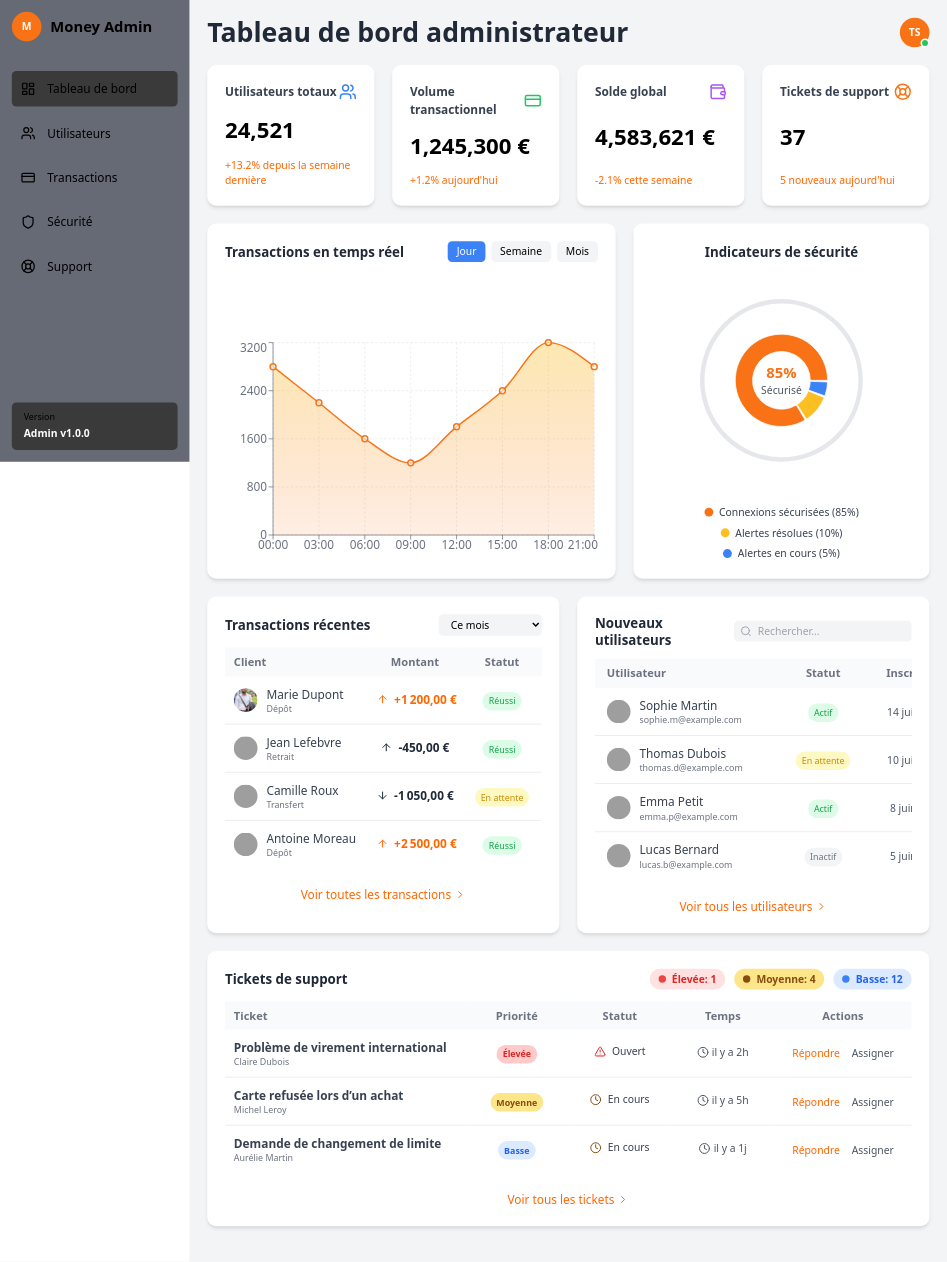
Repository: Edongo999/Dashboard
Page: /
These files come from the project's save history. The page is drawn as it stood at one moment and after the next save; the edit follows.
The browser window is 1280 px wide. The pictures show the whole page, at 74% of full size.
Pictures or frames that could not be fetched are drawn as grey boxes. The project was rebuilt for these pictures with package versions that can differ from the ones it lists, and the page was loaded fresh each time. Also part of the build but not shown: vite.config.ts.

Above is the page before, as saved 2025-10-15 06:21:18.

### index.html
<!doctype html>
<html lang="en">
  <head>
    <meta charset="UTF-8" />
    <link rel="icon" type="image/svg+xml" href="/vite.svg" />
    <meta name="viewport" content="width=device-width, initial-scale=1.0" />
    <title>mon_dashboard</title>
  </head>
  <body>
    <div id="root"></div>
    <script type="module" src="/src/main.tsx"></script>
  </body>
</html>

### src/App.tsx

import Sidebar from "./components/Sidebar"
import StatBlock from "./components/StatBlock"
import UserAvatar from "./components/UserAvatar"
import RealtimeChart from "./components/RealtimeChart"
import SecurityIndicators from "./components/SecurityIndicators"
import RecentActivity from "./components/RecentActivity"
import NewUsersTable from "./components/NewUsersTable"
import SupportTickets from "./components/SupportTickets"
import { Users, CreditCard, Wallet, LifeBuoy } from "lucide-react"

const App = () => {
  const kpis = [
    {
      title: "Utilisateurs totaux",
      value: "24,521",
      subtext: "+13.2% depuis la semaine dernière",
      icon: <Users />,
      iconColor: "text-blue-500"
    },
    {
      title: "Volume transactionnel",
      value: "1,245,300 €",
      subtext: "+1.2% aujourd'hui",
      icon: <CreditCard />,
      iconColor: "text-green-500"
    },
    {
      title: "Solde global",
      value: "4,583,621 €",
      subtext: "-2.1% cette semaine",
      icon: <Wallet />,
      iconColor: "text-purple-500"
    },
    {
      title: "Tickets de support",
      value: "37",
      subtext: "5 nouveaux aujourd'hui",
      icon: <LifeBuoy />,
      iconColor: "text-orange-500"
    }
  ]

  return (
    <div className="flex min-h-screen">
      <Sidebar />
      <main className="flex-1 overflow-auto p-6 bg-[#F3F4F6]">

        {/* ✅ Titre + avatar */}
        <div className="flex items-center justify-between mb-6">
          <h1 className="text-4xl font-bold text-gray-800">
            Tableau de bord administrateur
          </h1>
          <UserAvatar />
        </div>

        {/* ✅ Cartes KPI */}
        <div className="grid grid-cols-1 sm:grid-cols-2 lg:grid-cols-4 gap-6 mb-6">
          {kpis.map((kpi, i) => (
            <StatBlock key={i} {...kpi} />
          ))}
        </div>

        {/* ✅ Section monitoring élargie sur desktop */}
        <div className="grid grid-cols-1 lg:grid-cols-[1.6fr_400px] gap-6 mb-6 w-full">
          <RealtimeChart />
          <SecurityIndicators />
        </div>

        {/* ✅ Section activité + utilisateurs côte à côte */}
        <div className="grid grid-cols-1 lg:grid-cols-2 gap-6 mb-6">
          <RecentActivity />
          <NewUsersTable />
        </div>

        {/* ✅ Dernière section : tickets de support */}
        <div className="grid grid-cols-1 gap-6 mb-6">
          <SupportTickets />
        </div>

      </main>
    </div>
  )
}

export default App

### src/components/Sidebar.tsx
import {
  LayoutDashboard,
  Users,
  CreditCard,
  Shield,
  LifeBuoy,
  Menu
} from "lucide-react"
import { useState } from "react"

const Sidebar = () => {
  const [open, setOpen] = useState(false)
  const [active, setActive] = useState("Tableau de bord")

  const menuItems = [
    { label: "Tableau de bord", icon: <LayoutDashboard size={20} /> },
    { label: "Utilisateurs", icon: <Users size={20} /> },
    { label: "Transactions", icon: <CreditCard size={20} /> },
    { label: "Sécurité", icon: <Shield size={20} /> },
    { label: "Support", icon: <LifeBuoy size={20} /> }
  ]

  return (
    <>
      {/* ✅ Bouton hamburger mobile */}
      <button
        className="lg:hidden fixed top-4 left-4 z-50 bg-white p-2 rounded-md shadow-md"
        onClick={() => setOpen(!open)}
      >
        <Menu className="text-gray-800" />
      </button>

      {/* ✅ Sidebar avec hauteur fluide */}
      <aside
        className={`fixed top-0 left-0 w-64 h-full bg-[#656A74] text-neutral-content flex flex-col justify-between p-4 z-40 transition-transform duration-300 ${
          open ? "translate-x-0" : "-translate-x-full"
        } lg:translate-x-0 lg:static lg:block`}
      >
        {/* ✅ Logo + titre */}
        <div>
          <div className="flex items-center gap-3 mb-10">
            <div className="bg-orange-500 text-white rounded-full w-10 h-10 flex items-center justify-center font-bold text-sm shrink-0">
              M
            </div>
            <span className="text-xl font-semibold whitespace-nowrap">Money Admin</span>
          </div>

          {/* ✅ Menu principal */}
          <ul className="space-y-3">
            {menuItems.map((item) => (
              <li key={item.label}>
                <a
                  onClick={() => setActive(item.label)}
                  className={`flex items-center gap-4 py-3 px-3 text-[16px] rounded-md transition-all duration-300 ${
                    active === item.label
                      ? "bg-[#3A3A3A]"
                      : "hover:bg-neutral-600 hover:scale-[1.02]"
                  }`}
                >
                  {item.icon}
                  {item.label}
                </a>
              </li>
            ))}
          </ul>
        </div>

        {/* ✅ Bloc version en bas */}
        <div className="mt-40">
          <div className="bg-[#3A3A3A] rounded-md px-4 py-3 text-xs text-neutral-content/70">
            <p className="mb-1">Version</p>
            <span className="font-semibold text-sm text-white">Admin v1.0.0</span>
          </div>
        </div>
      </aside>
    </>
  )
}

export default Sidebar

### src/components/StatBlock.tsx
import { motion } from "framer-motion"

type StatBlockProps = {
  title: string
  value: string
  subtext: string
  icon: React.ReactNode
  iconColor: string
}

const StatBlock = ({ title, value, subtext, icon, iconColor }: StatBlockProps) => {
  return (
    <motion.div
      initial={{ opacity: 0, y: 30 }}
      animate={{ opacity: 1, y: 0 }}
      whileHover={{ scale: 1.03, y: -5 }}
      transition={{ duration: 0.3, ease: "easeOut" }}
      // 🔧 MODIFICATION ICI : largeur dynamique
      // Remplace `max-w-[240px]` par `flex-1` pour que chaque carte s’étire dans le layout
      className="bg-white shadow-md p-6 rounded-[12px] flex flex-col justify-between flex-1 h-[190px]"
    >
      <div className="flex justify-between items-center">
        <h3 className="text-base font-semibold text-gray-700">{title}</h3>
        <div className={`text-2xl ${iconColor}`}>{icon}</div>
      </div>
      <p className="text-3xl font-bold mt-2 text-black">{value}</p>
      <p className="text-sm mt-2 text-[#FF6600] font-medium">{subtext}</p>
    </motion.div>
  )
}

export default StatBlock

### src/components/UserAvatar.tsx
const UserAvatar = () => {
  return (
    <div className="relative">
      <div className="w-10 h-10 rounded-full bg-orange-500 text-white flex items-center justify-center font-bold text-sm">
        TS
      </div>
      <span className="absolute bottom-0 right-0 w-3 h-3 rounded-full border-2 border-white bg-green-500" />
    </div>
  )
}

export default UserAvatar

### src/components/RealtimeChart.tsx


import {
  AreaChart,
  Area,
  XAxis,
  YAxis,
  Tooltip,
  CartesianGrid,
  ResponsiveContainer
} from "recharts"
import { useState } from "react"

const datasets = {
  jour: [
    { time: "00:00", value: 2800 },
    { time: "03:00", value: 2200 },
    { time: "06:00", value: 1600 },
    { time: "09:00", value: 1200 },
    { time: "12:00", value: 1800 },
    { time: "15:00", value: 2400 },
    { time: "18:00", value: 3200 },
    { time: "21:00", value: 2800 }
  ],
  semaine: [
    { time: "Lun", value: 5400 },
    { time: "Mar", value: 6200 },
    { time: "Mer", value: 5800 },
    { time: "Jeu", value: 6900 },
    { time: "Ven", value: 7200 },
    { time: "Sam", value: 5100 },
    { time: "Dim", value: 4300 }
  ],
  mois: [
    { time: "S1", value: 18000 },
    { time: "S2", value: 22000 },
    { time: "S3", value: 19500 },
    { time: "S4", value: 25000 }
  ]
}

const RealtimeChart = () => {
  const [view, setView] = useState<"jour" | "semaine" | "mois">("jour")

  return (
    // ✅ Largeur fluide, hauteur augmentée
    <div className="bg-white rounded-[12px] shadow-md p-6 w-full flex flex-col justify-between min-h-[480px]">

      <div className="flex items-center justify-between flex-wrap gap-4 mb-4">
        <h2 className="text-lg font-semibold text-gray-800">Transactions en temps réel</h2>
        <div className="flex gap-2">
          {["jour", "semaine", "mois"].map((v) => (
            <button
              key={v}
              onClick={() => setView(v as "jour" | "semaine" | "mois")}
              className={`text-sm px-3 py-1 rounded-md ${
                view === v ? "bg-blue-500 text-white" : "bg-gray-100 hover:bg-gray-200"
              }`}
            >
              {v.charAt(0).toUpperCase() + v.slice(1)}
            </button>
          ))}
        </div>
      </div>

      <div className="w-full h-[300px]">
        <ResponsiveContainer width="100%" height="100%">
          <AreaChart data={datasets[view]}>
            <defs>
              <linearGradient id="colorValue" x1="0" y1="0" x2="0" y2="1">
                <stop offset="0%" stopColor="#FBBF24" stopOpacity={0.6} />
                <stop offset="100%" stopColor="#F97316" stopOpacity={0.2} />
              </linearGradient>
            </defs>
            <CartesianGrid strokeDasharray="3 3" stroke="#E5E7EB" />
            <XAxis dataKey="time" stroke="#6B7280" />
            <YAxis stroke="#6B7280" />
            <Tooltip
              contentStyle={{ backgroundColor: "#fff", borderRadius: "8px", border: "none" }}
              labelStyle={{ color: "#374151", fontWeight: "500" }}
            />
            <Area
              type="monotone"
              dataKey="value"
              stroke="#F97316"
              strokeWidth={2}
              fill="url(#colorValue)"
              dot={{ r: 4, stroke: "#F97316", strokeWidth: 2, fill: "#fff" }}
            />
          </AreaChart>
        </ResponsiveContainer>
      </div>
    </div>
  )
}

export default RealtimeChart

### src/components/SecurityIndicators.tsx
import {
  PieChart,
  Pie,
  Cell,
  ResponsiveContainer
} from "recharts"

type SecurityLabel = "Connexions sécurisées" | "Alertes résolues" | "Alertes en cours"

const rawData: { name: SecurityLabel; value: number }[] = [
  { name: "Connexions sécurisées", value: 85 },
  { name: "Alertes résolues", value: 10 },
  { name: "Alertes en cours", value: 5 }
]

const COLOR_MAP: Record<SecurityLabel, string> = {
  "Connexions sécurisées": "#F97316",
  "Alertes résolues": "#FBBF24",
  "Alertes en cours": "#3B82F6"
}

const SecurityIndicators = () => {
  const total = rawData.reduce((sum, item) => sum + item.value, 0)

  const data = rawData.map((item) => ({
    ...item,
    percent: ((item.value / total) * 100).toFixed(0) + "%",
    color: COLOR_MAP[item.name]
  }))

  return (
    // ✅ Largeur fluide, aligné à gauche sur desktop, centré sur mobile
    <div className="bg-white rounded-[12px] shadow-md p-6 w-full lg:mx-0 mx-auto flex flex-col items-center justify-between min-h-[480px]">

      {/* ✅ Titre centré */}
      <h2 className="text-lg font-semibold text-gray-800 text-center">Indicateurs de sécurité</h2>

      {/* ✅ Donut centré */}
      <div className="relative flex items-center justify-center mt-4 mb-6 w-full aspect-square max-w-[220px]">
        <div className="w-full h-full rounded-full border-[6px] border-gray-200 flex items-center justify-center">
          <div className="w-[80%] h-[80%]">
            <ResponsiveContainer width="100%" height="100%">
              <PieChart>
                <Pie
                  data={data}
                  dataKey="value"
                  innerRadius="50%"
                  outerRadius="80%"
                  paddingAngle={2}
                >
                  {data.map((item) => (
                    <Cell key={item.name} fill={item.color} />
                  ))}
                </Pie>
              </PieChart>
            </ResponsiveContainer>
          </div>

          {/* ✅ Texte centré dans le donut */}
          <div className="absolute text-center">
            <p className="text-xl font-bold text-orange-500">85%</p>
            <p className="text-sm text-gray-600">Sécurisé</p>
          </div>
        </div>
      </div>

      {/* ✅ Légende centrée */}
      <div className="flex flex-col items-center gap-2 text-sm text-gray-700">
        {data.map((item) => (
          <div key={item.name} className="flex items-center gap-2">
            <span
              className="w-3 h-3 rounded-full"
              style={{ backgroundColor: item.color }}
            />
            <span>{item.name} ({item.percent})</span>
          </div>
        ))}
      </div>
    </div>
  )
}

export default SecurityIndicators

Loaded but not shown: src/main.tsx (common file); src/index.css (common file); tailwind.config.js (26 lines, source omitted); src/components/SupportTickets.tsx (161 lines, source omitted); src/components/RecentActivity.tsx (162 lines, source omitted); src/components/NewUsersTable.tsx (155 lines, source omitted)

After the next save:
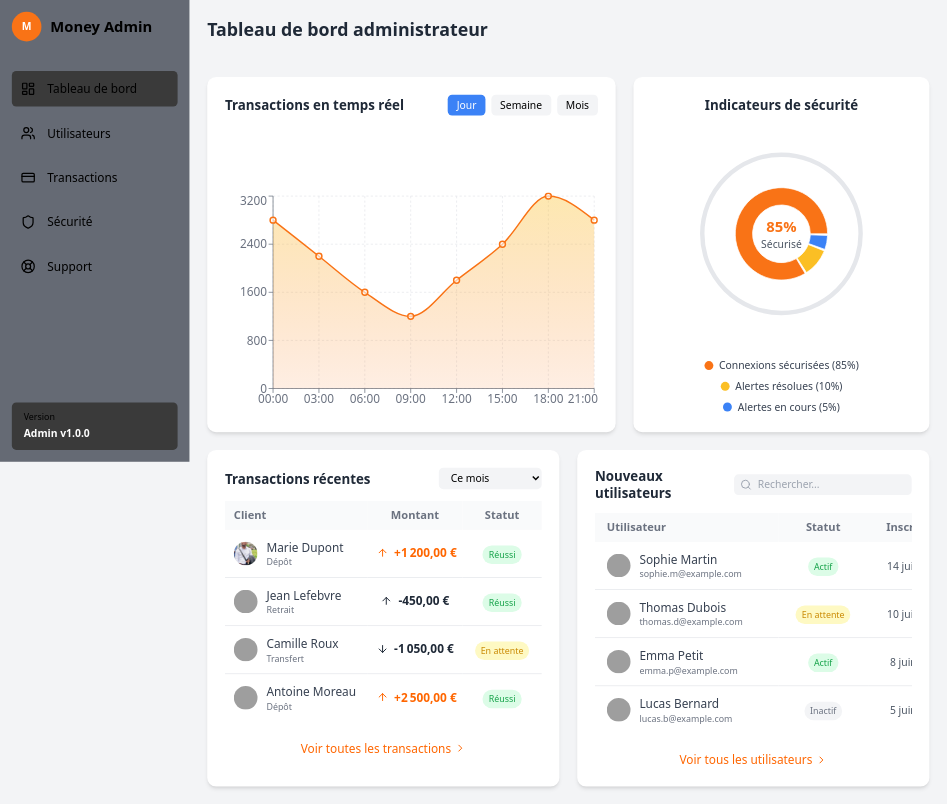
Saved 3 min 14 s later.
--- a/src/App.tsx
+++ b/src/App.tsx
@@ -1,83 +1,37 @@
+
 
 import Sidebar from "./components/Sidebar"
-import StatBlock from "./components/StatBlock"
-import UserAvatar from "./components/UserAvatar"
 import RealtimeChart from "./components/RealtimeChart"
 import SecurityIndicators from "./components/SecurityIndicators"
 import RecentActivity from "./components/RecentActivity"
 import NewUsersTable from "./components/NewUsersTable"
-import SupportTickets from "./components/SupportTickets"
-import { Users, CreditCard, Wallet, LifeBuoy } from "lucide-react"
 
 const App = () => {
-  const kpis = [
-    {
-      title: "Utilisateurs totaux",
-      value: "24,521",
-      subtext: "+13.2% depuis la semaine dernière",
-      icon: <Users />,
-      iconColor: "text-blue-500"
-    },
-    {
-      title: "Volume transactionnel",
-      value: "1,245,300 €",
-      subtext: "+1.2% aujourd'hui",
-      icon: <CreditCard />,
-      iconColor: "text-green-500"
-    },
-    {
-      title: "Solde global",
-      value: "4,583,621 €",
-      subtext: "-2.1% cette semaine",
-      icon: <Wallet />,
-      iconColor: "text-purple-500"
-    },
-    {
-      title: "Tickets de support",
-      value: "37",
-      subtext: "5 nouveaux aujourd'hui",
-      icon: <LifeBuoy />,
-      iconColor: "text-orange-500"
-    }
-  ]
+  return (
+    // ✅ Hauteur dynamique qui pousse le sidebar jusqu’en bas
+    <div className="flex min-h-[100dvh] bg-[#F3F4F6]">
+      <Sidebar />
 
-  return (
-    <div className="flex min-h-screen">
-      <Sidebar />
-      <main className="flex-1 overflow-auto p-6 bg-[#F3F4F6]">
+      {/* ✅ Contenu principal avec padding et fond gris */}
+      <main className="flex-1 overflow-auto p-6">
+        <h1 className="text-2xl font-bold text-gray-800 mb-6">Tableau de bord administrateur</h1>
 
-        {/* ✅ Titre + avatar */}
-        <div className="flex items-center justify-between mb-6">
-          <h1 className="text-4xl font-bold text-gray-800">
-            Tableau de bord administrateur
-          </h1>
-          <UserAvatar />
+        {/* ✅ Cartes KPI */}
+        <div className="grid grid-cols-1 md:grid-cols-2 lg:grid-cols-4 gap-6 mb-6">
+          {/* ... tes cartes KPI ici ... */}
         </div>
 
-        {/* ✅ Cartes KPI */}
-        <div className="grid grid-cols-1 sm:grid-cols-2 lg:grid-cols-4 gap-6 mb-6">
-          {kpis.map((kpi, i) => (
-            <StatBlock key={i} {...kpi} />
-          ))}
-        </div>
-
-        {/* ✅ Section monitoring élargie sur desktop */}
+        {/* ✅ Graphiques principaux */}
         <div className="grid grid-cols-1 lg:grid-cols-[1.6fr_400px] gap-6 mb-6 w-full">
           <RealtimeChart />
           <SecurityIndicators />
         </div>
 
-        {/* ✅ Section activité + utilisateurs côte à côte */}
-        <div className="grid grid-cols-1 lg:grid-cols-2 gap-6 mb-6">
+        {/* ✅ Blocs secondaires */}
+        <div className="grid grid-cols-1 lg:grid-cols-2 gap-6">
           <RecentActivity />
           <NewUsersTable />
         </div>
-
-        {/* ✅ Dernière section : tickets de support */}
-        <div className="grid grid-cols-1 gap-6 mb-6">
-          <SupportTickets />
-        </div>
-
       </main>
     </div>
   )

After the save that followed:
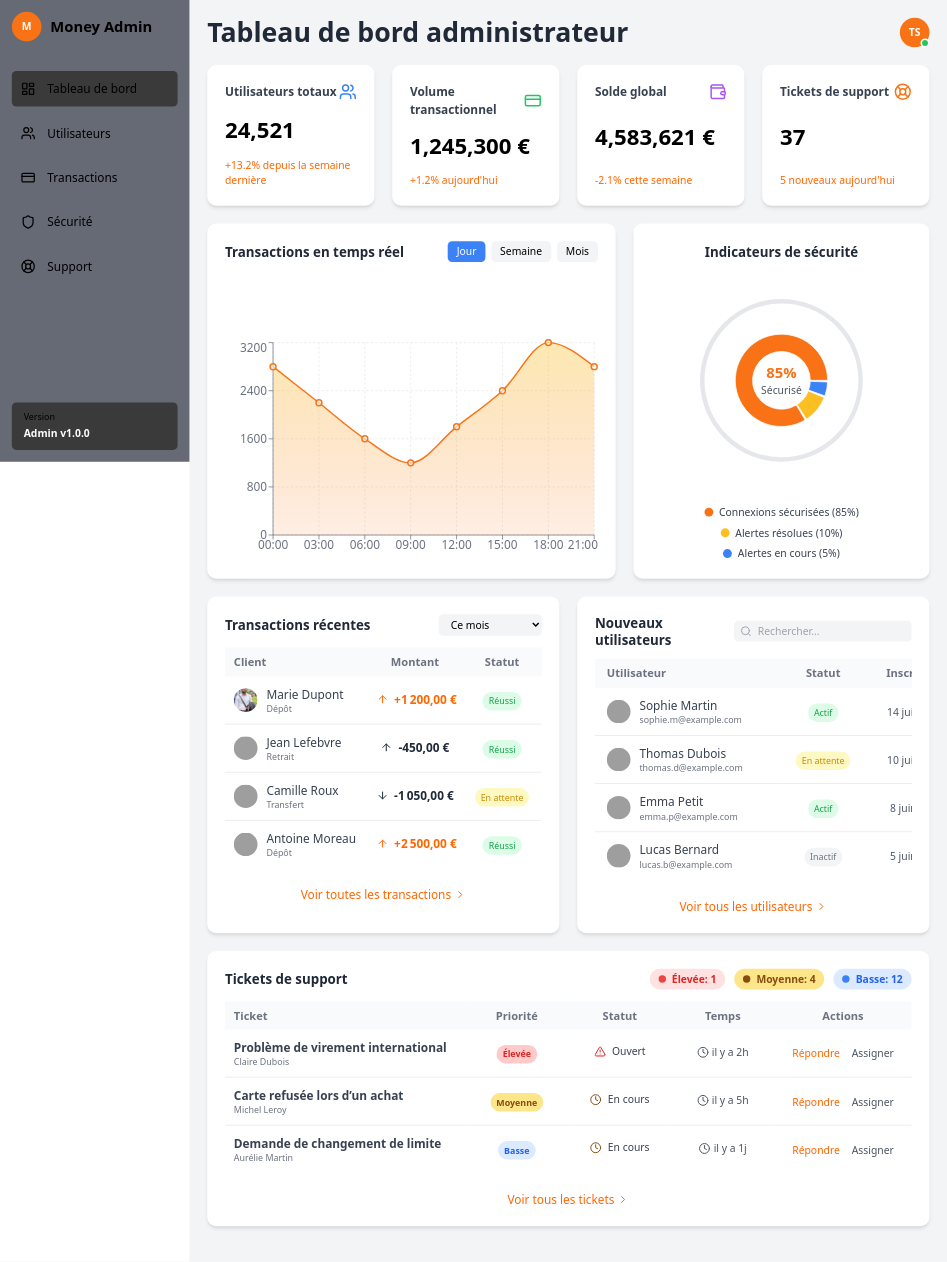
Saved 2 min 7 s later.
--- a/src/App.tsx
+++ b/src/App.tsx
@@ -1,37 +1,83 @@
-
 
 import Sidebar from "./components/Sidebar"
+import StatBlock from "./components/StatBlock"
+import UserAvatar from "./components/UserAvatar"
 import RealtimeChart from "./components/RealtimeChart"
 import SecurityIndicators from "./components/SecurityIndicators"
 import RecentActivity from "./components/RecentActivity"
 import NewUsersTable from "./components/NewUsersTable"
+import SupportTickets from "./components/SupportTickets"
+import { Users, CreditCard, Wallet, LifeBuoy } from "lucide-react"
 
 const App = () => {
+  const kpis = [
+    {
+      title: "Utilisateurs totaux",
+      value: "24,521",
+      subtext: "+13.2% depuis la semaine dernière",
+      icon: <Users />,
+      iconColor: "text-blue-500"
+    },
+    {
+      title: "Volume transactionnel",
+      value: "1,245,300 €",
+      subtext: "+1.2% aujourd'hui",
+      icon: <CreditCard />,
+      iconColor: "text-green-500"
+    },
+    {
+      title: "Solde global",
+      value: "4,583,621 €",
+      subtext: "-2.1% cette semaine",
+      icon: <Wallet />,
+      iconColor: "text-purple-500"
+    },
+    {
+      title: "Tickets de support",
+      value: "37",
+      subtext: "5 nouveaux aujourd'hui",
+      icon: <LifeBuoy />,
+      iconColor: "text-orange-500"
+    }
+  ]
+
   return (
-    // ✅ Hauteur dynamique qui pousse le sidebar jusqu’en bas
-    <div className="flex min-h-[100dvh] bg-[#F3F4F6]">
+    <div className="flex min-h-screen">
       <Sidebar />
+      <main className="flex-1 overflow-auto p-6 bg-[#F3F4F6]">
 
-      {/* ✅ Contenu principal avec padding et fond gris */}
-      <main className="flex-1 overflow-auto p-6">
-        <h1 className="text-2xl font-bold text-gray-800 mb-6">Tableau de bord administrateur</h1>
+        {/* ✅ Titre + avatar */}
+        <div className="flex items-center justify-between mb-6">
+          <h1 className="text-4xl font-bold text-gray-800">
+            Tableau de bord administrateur
+          </h1>
+          <UserAvatar />
+        </div>
 
         {/* ✅ Cartes KPI */}
-        <div className="grid grid-cols-1 md:grid-cols-2 lg:grid-cols-4 gap-6 mb-6">
-          {/* ... tes cartes KPI ici ... */}
+        <div className="grid grid-cols-1 sm:grid-cols-2 lg:grid-cols-4 gap-6 mb-6">
+          {kpis.map((kpi, i) => (
+            <StatBlock key={i} {...kpi} />
+          ))}
         </div>
 
-        {/* ✅ Graphiques principaux */}
+        {/* ✅ Section monitoring élargie sur desktop */}
         <div className="grid grid-cols-1 lg:grid-cols-[1.6fr_400px] gap-6 mb-6 w-full">
           <RealtimeChart />
           <SecurityIndicators />
         </div>
 
-        {/* ✅ Blocs secondaires */}
-        <div className="grid grid-cols-1 lg:grid-cols-2 gap-6">
+        {/* ✅ Section activité + utilisateurs côte à côte */}
+        <div className="grid grid-cols-1 lg:grid-cols-2 gap-6 mb-6">
           <RecentActivity />
           <NewUsersTable />
         </div>
+
+        {/* ✅ Dernière section : tickets de support */}
+        <div className="grid grid-cols-1 gap-6 mb-6">
+          <SupportTickets />
+        </div>
+
       </main>
     </div>
   )
